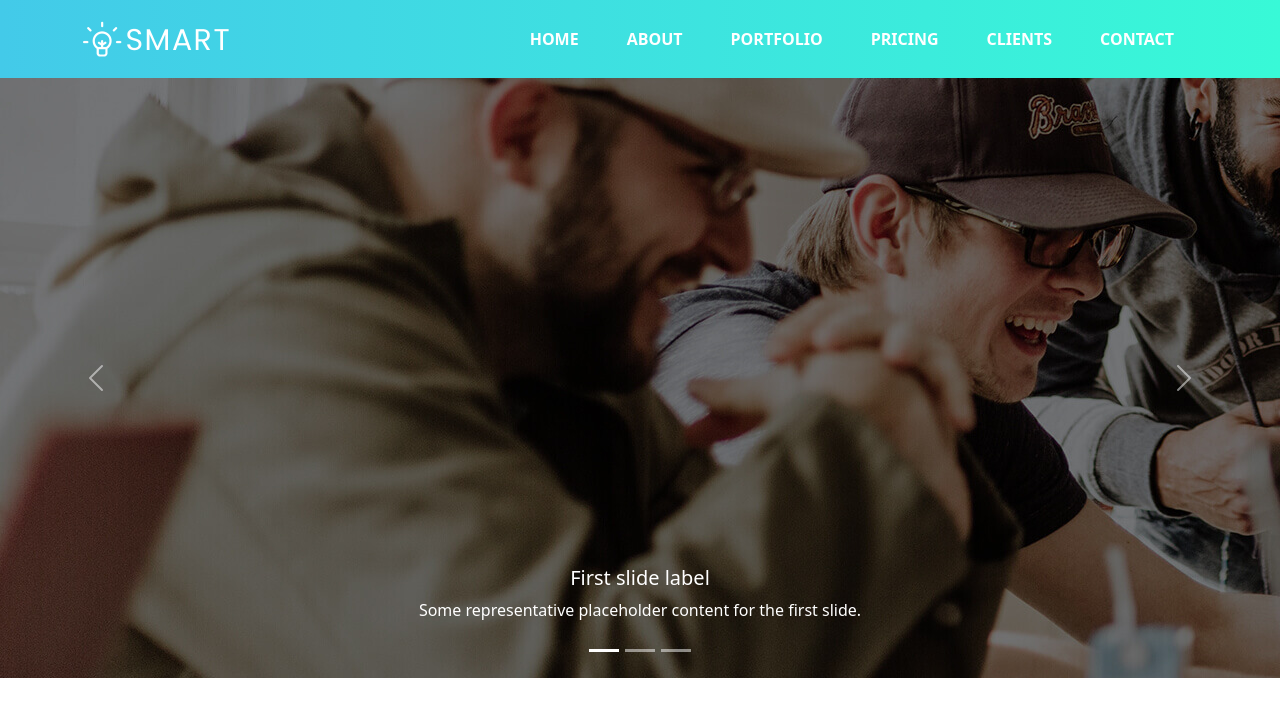
Repository: rizwan-zafar/smart-React
Page: /
An editor plug-in stored every save of this project. The page is shown before and after a run of saves, followed by the edit.
The browser window is 1280 px wide. The pictures show the whole page.
The project was rebuilt for these pictures with package versions that can differ from the ones it lists, and the page was loaded fresh each time.

Above is the page before, as saved 2022-11-16 21:27:32.

After the next 2 saves:
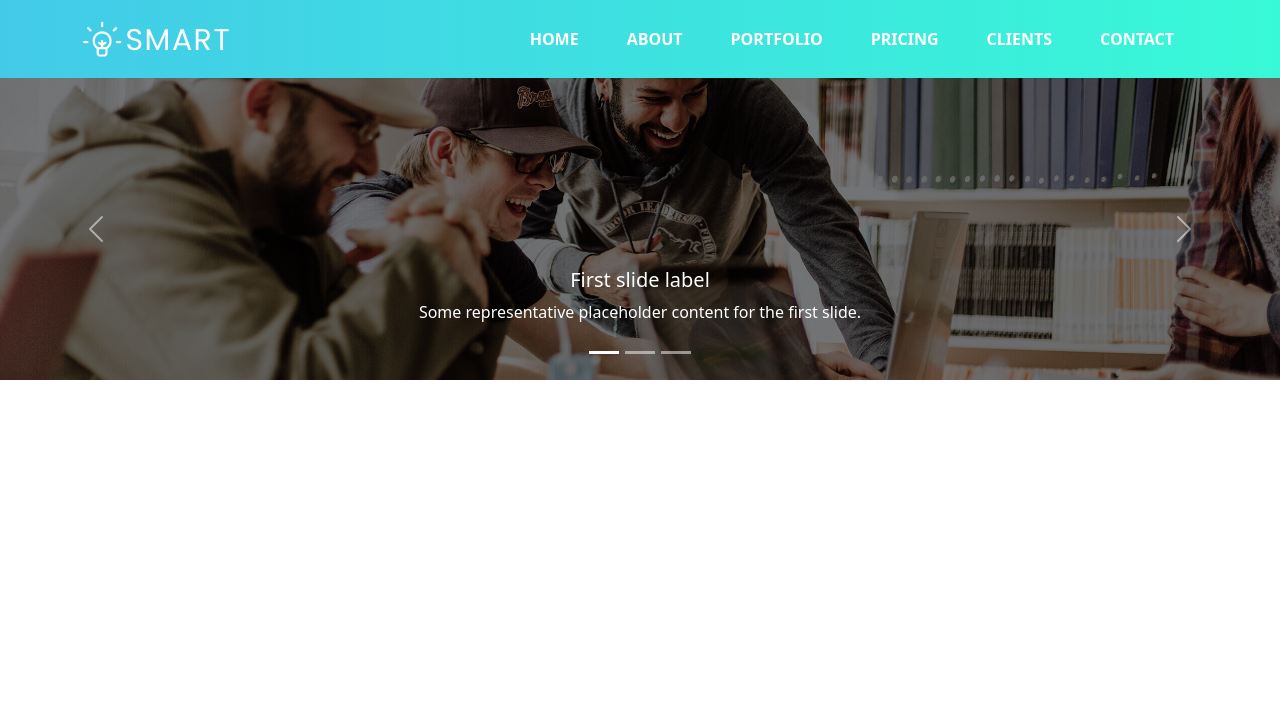
The 2 saves are shown as one change because they came seconds apart.
The last was saved 14 s later.
--- a/src/Components/Slider.js
+++ b/src/Components/Slider.js
@@ -11,7 +11,7 @@
                 </div>
                 <div className="carousel-inner">
                     <div className="carousel-item active bg-cover">
-                        <img className="" src="Images/slider-2.jpg"   alt="..." />
+                        <img className="img-fluid" src="Images/slider-2.jpg"   alt="..." />
                             <div className="carousel-caption d-none d-md-block">
                                 <h5>First slide label</h5>
                                 <p>Some representative placeholder content for the first slide.</p>

After the save that followed:
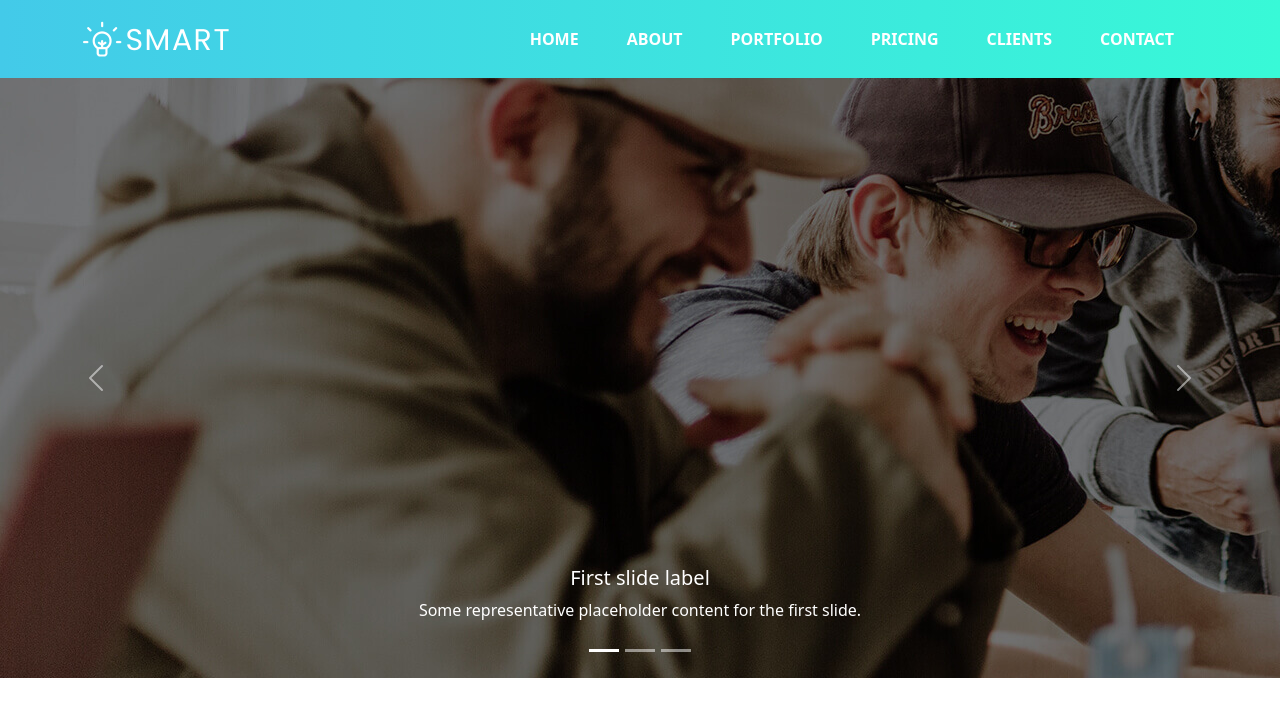
Saved 44 s later.
--- a/src/Components/Slider.js
+++ b/src/Components/Slider.js
@@ -11,7 +11,7 @@
                 </div>
                 <div className="carousel-inner">
                     <div className="carousel-item active bg-cover">
-                        <img className="img-fluid" src="Images/slider-2.jpg"   alt="..." />
+                        <img className="" src="Images/slider-2.jpg"   alt="..." />
                             <div className="carousel-caption d-none d-md-block">
                                 <h5>First slide label</h5>
                                 <p>Some representative placeholder content for the first slide.</p>
